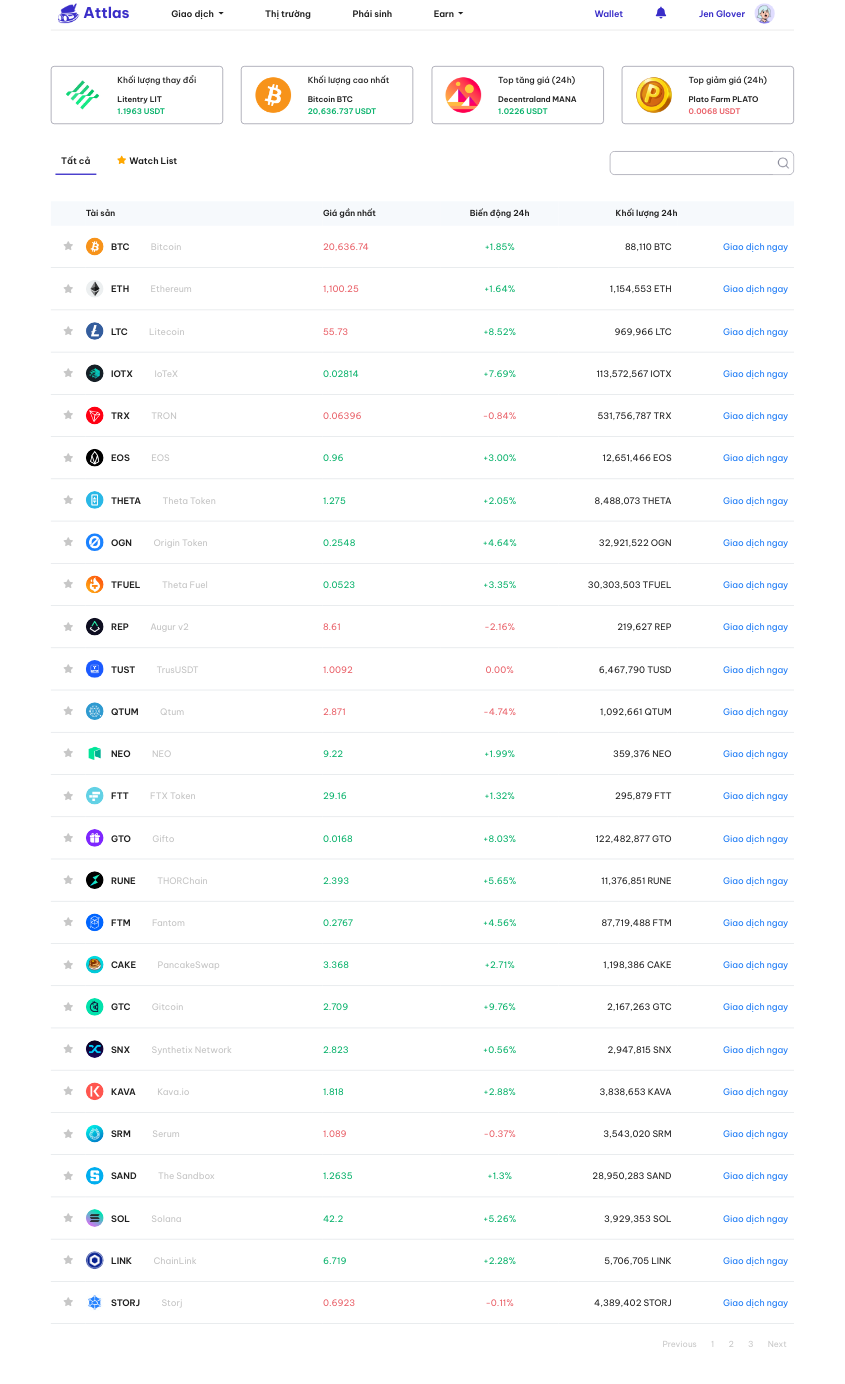
Repository: 1509Long/1509long.github.io
Page: techmaster-test/homepage.html
The author's editor kept a copy of each file at every save. The page is drawn from the files as they stood at one save, then again after the next save.
The browser window is 1280 px wide. The pictures show the whole page, at 66% of full size.

Above is the page before, as saved 2022-07-19 19:23:49.

After the next save:
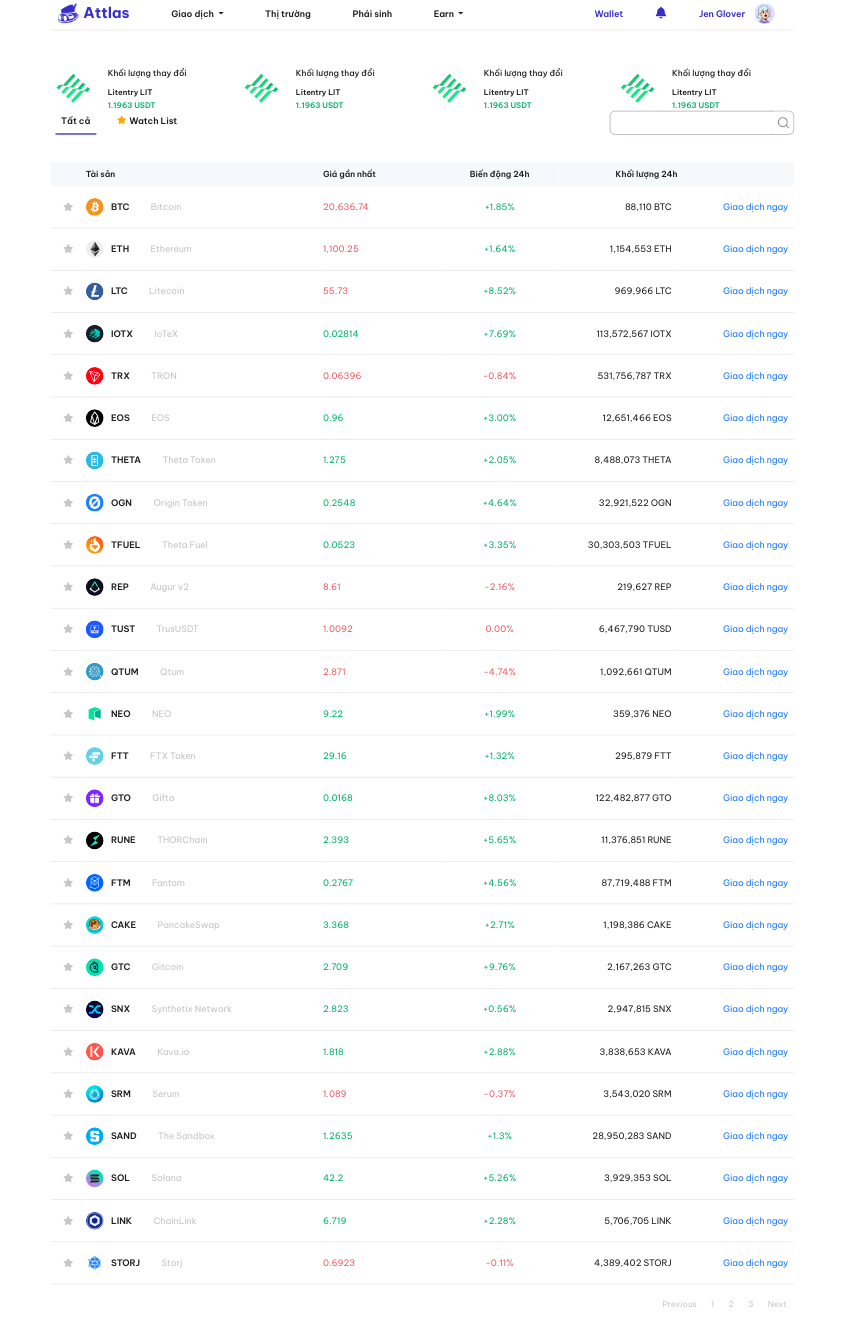
Saved 3 min 34 s later.
--- a/techmaster-test/homepage.html
+++ b/techmaster-test/homepage.html
@@ -132,8 +132,8 @@
         </div>
       </nav>
 
-      <div class="top-of-the-day d-flex justify-content-between">
-        <div class="d-flex align-items-center">
+      <div class="row">
+        <div class="col-md-3 d-flex align-items-center">
           <div class="token-top">
             <img src="./img/589_Yrl.png" class="img-fluid" alt="" />
           </div>
@@ -143,6 +143,50 @@
             <p class="increase">1.1963 USDT</p>
           </div>
         </div>
+        <div class="col-md-3 d-flex align-items-center">
+          <div class="token-top">
+            <img src="./img/589_Yrl.png" class="img-fluid" alt="" />
+          </div>
+          <div class="infomation-token-of-the-day">
+            <p>Khối lượng thay đổi</p>
+            <p>Litentry LIT</p>
+            <p class="increase">1.1963 USDT</p>
+          </div>
+        </div>
+        <div class=" col-md-3 d-flex align-items-center">
+          <div class="token-top">
+            <img src="./img/589_Yrl.png" class="img-fluid" alt="" />
+          </div>
+          <div class="infomation-token-of-the-day">
+            <p>Khối lượng thay đổi</p>
+            <p>Litentry LIT</p>
+            <p class="increase">1.1963 USDT</p>
+          </div>
+        </div>
+        <div class="col-md-3 d-flex align-items-center">
+          <div class="token-top">
+            <img src="./img/589_Yrl.png" class="img-fluid" alt="" />
+          </div>
+          <div class="infomation-token-of-the-day">
+            <p>Khối lượng thay đổi</p>
+            <p>Litentry LIT</p>
+            <p class="increase">1.1963 USDT</p>
+          </div>
+        </div>
+      </div>
+
+
+      <!-- <div class="top-of-the-day d-flex justify-content-between">
+        <div class="d-flex align-items-center">
+          <div class="token-top">
+            <img src="./img/589_Yrl.png" class="img-fluid" alt="" />
+          </div>
+          <div class="infomation-token-of-the-day">
+            <p>Khối lượng thay đổi</p>
+            <p>Litentry LIT</p>
+            <p class="increase">1.1963 USDT</p>
+          </div>
+        </div>
         <div class="d-flex align-items-center">
           <div class="token-top">
             <img src="./img/1.png" class="img-fluid" alt="" />
@@ -173,7 +217,7 @@
             <p class="decrease">0.0068 USDT</p>
           </div>
         </div>
-      </div>
+      </div> -->
 
       <div
         id="carousel-slider-responsive"
